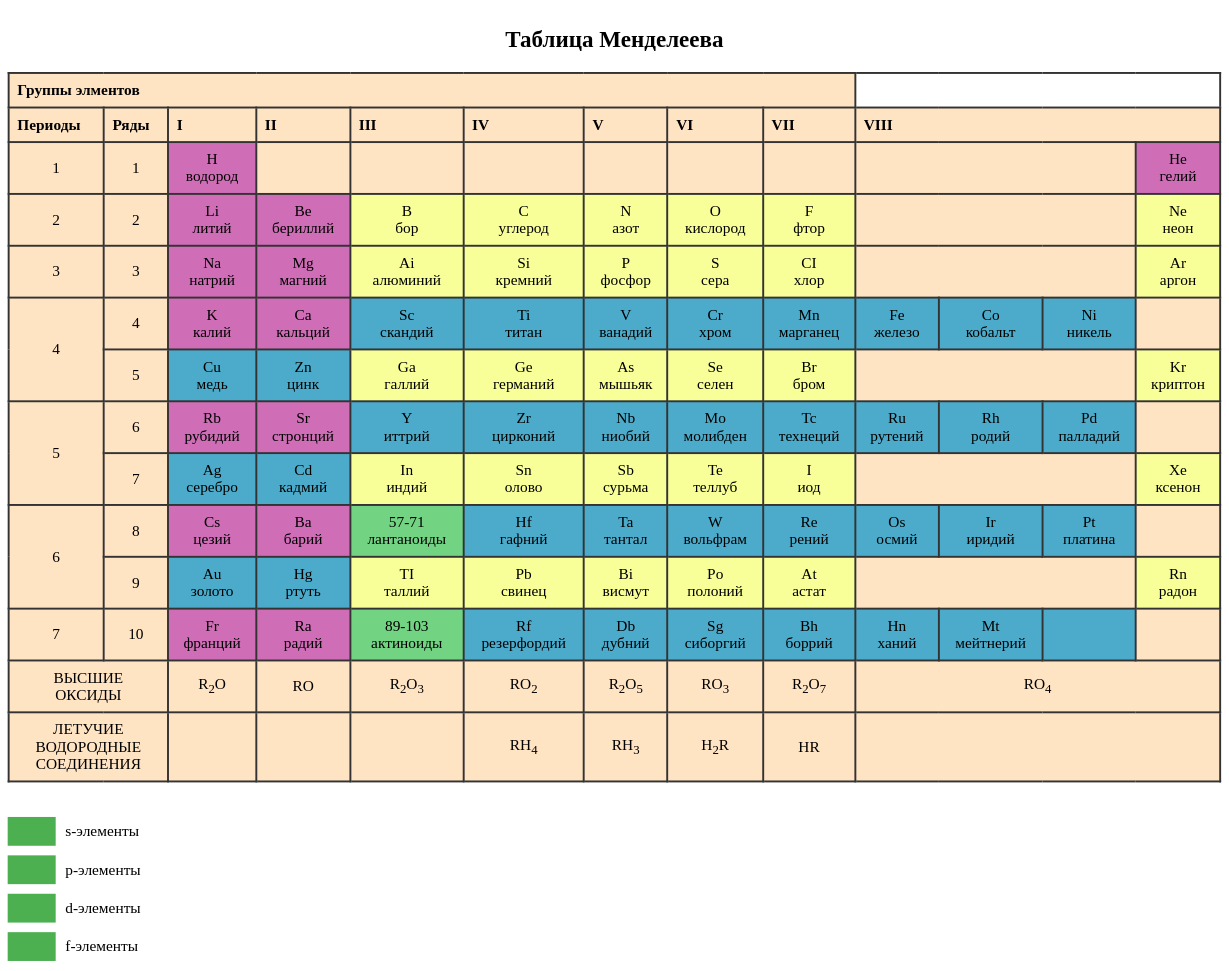
Repository: sannikovcode/exercises-a1
Page: JS/websites/01-periodic table/index.html
An editor plug-in stored every save of this project. The page is shown before and after a run of saves, followed by the edit.
The browser window is 1280 px wide. The pictures show the whole page, at 96% of full size.

Above is the page before, as saved 2025-10-18 15:36:24.

After the next 2 saves:
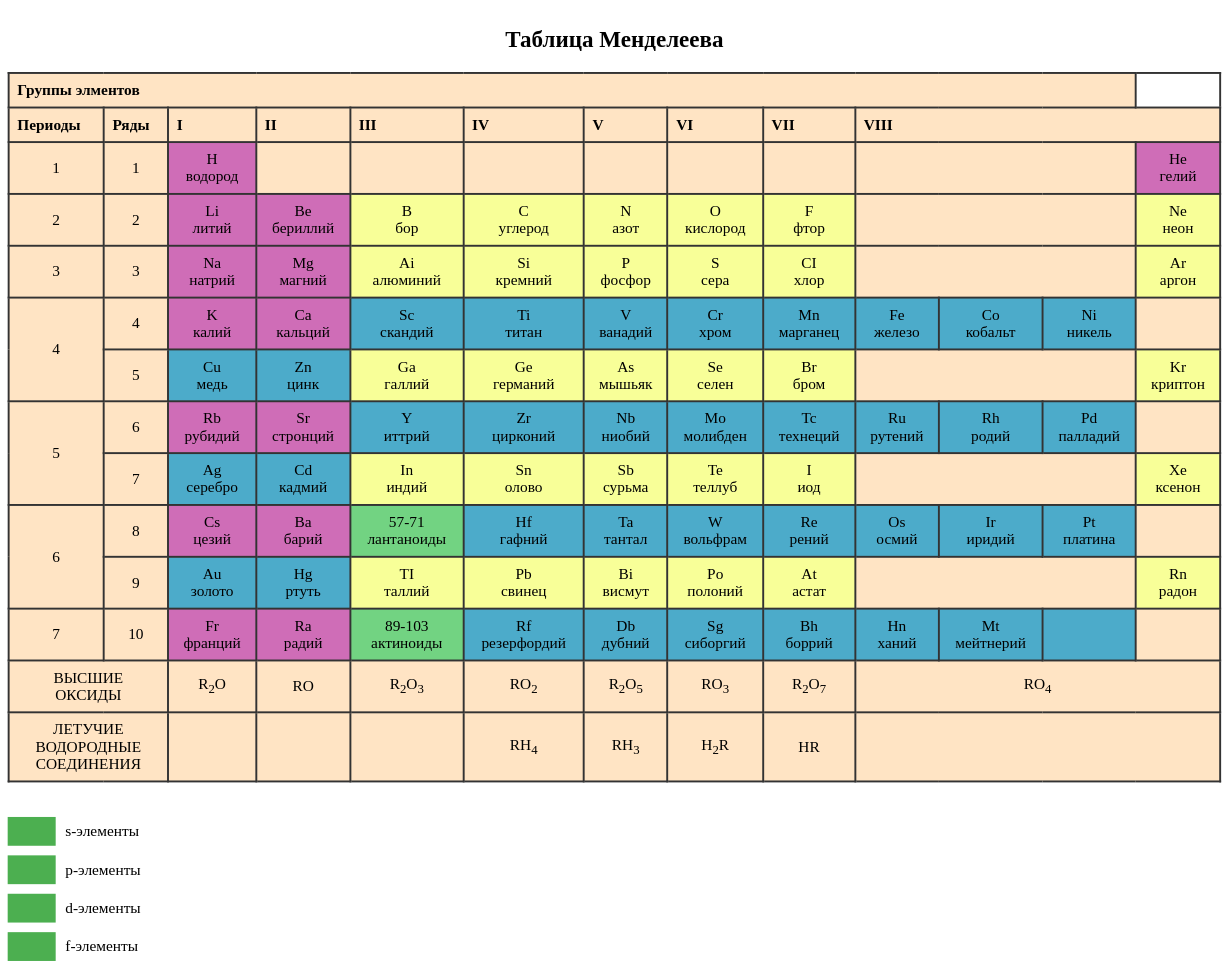
The 2 saves are shown as one change because they came seconds apart.
The last was saved 8 s later.
--- a/JS/websites/01-periodic table/index.html
+++ b/JS/websites/01-periodic table/index.html
@@ -13,7 +13,7 @@
         <caption>Таблица Менделеева</caption>
         <thead>
             <tr>
-                <th colspan="9">Группы элментов</th>
+                <th colspan="12">Группы элментов</th>
             </tr>
         </thead>
 
